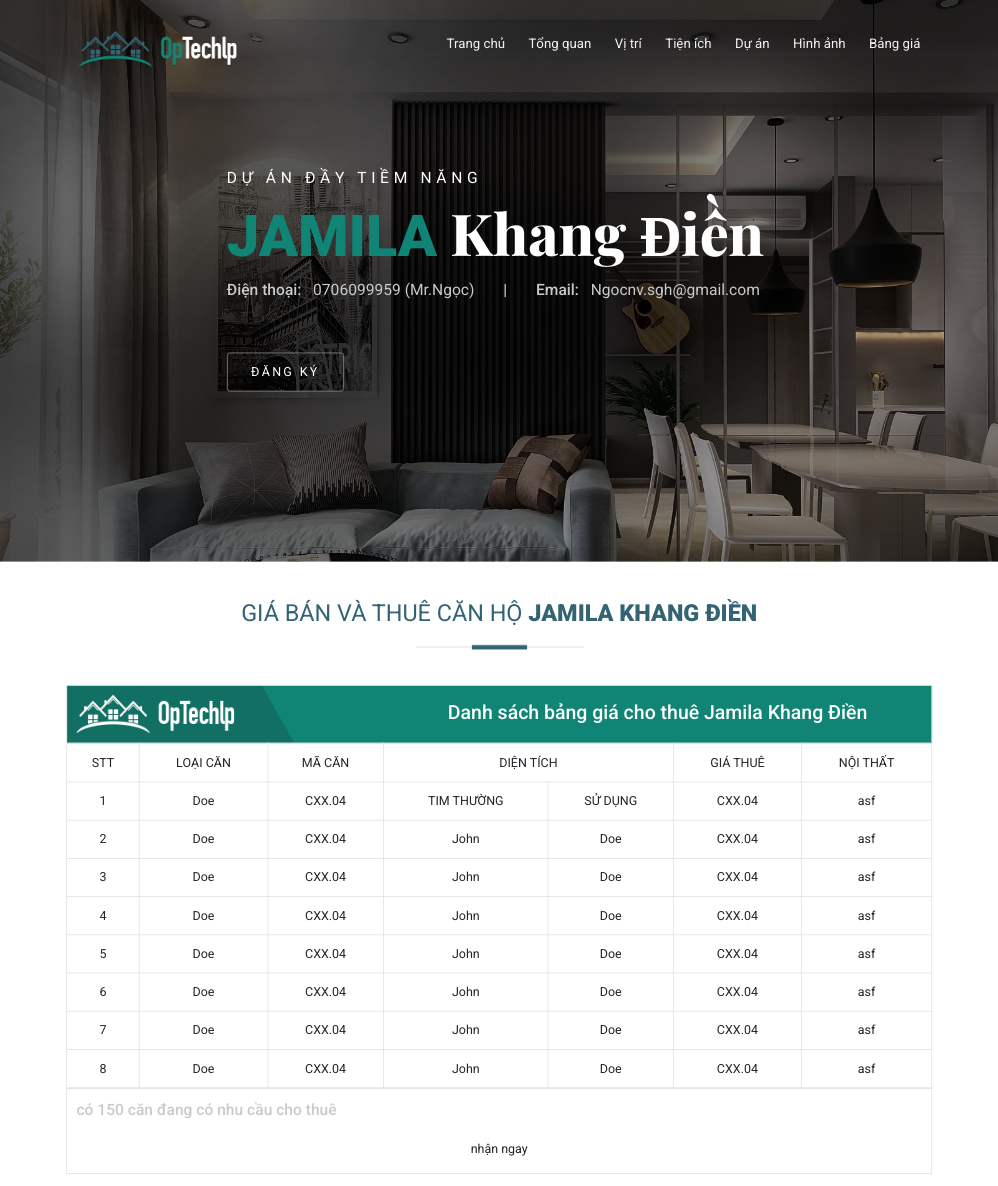
Repository: phunobi1807/Myweb
Page: index.html
These files come from the project's save history. The page is drawn as it stood at one moment and after the next save; the edit follows.
The browser window is 1280 px wide. The pictures show the whole page, at 78% of full size.
Some web fonts or font styles are not loaded; a fallback is used.

Above is the page before, as saved 2021-05-14 14:13:29.

After the next save:
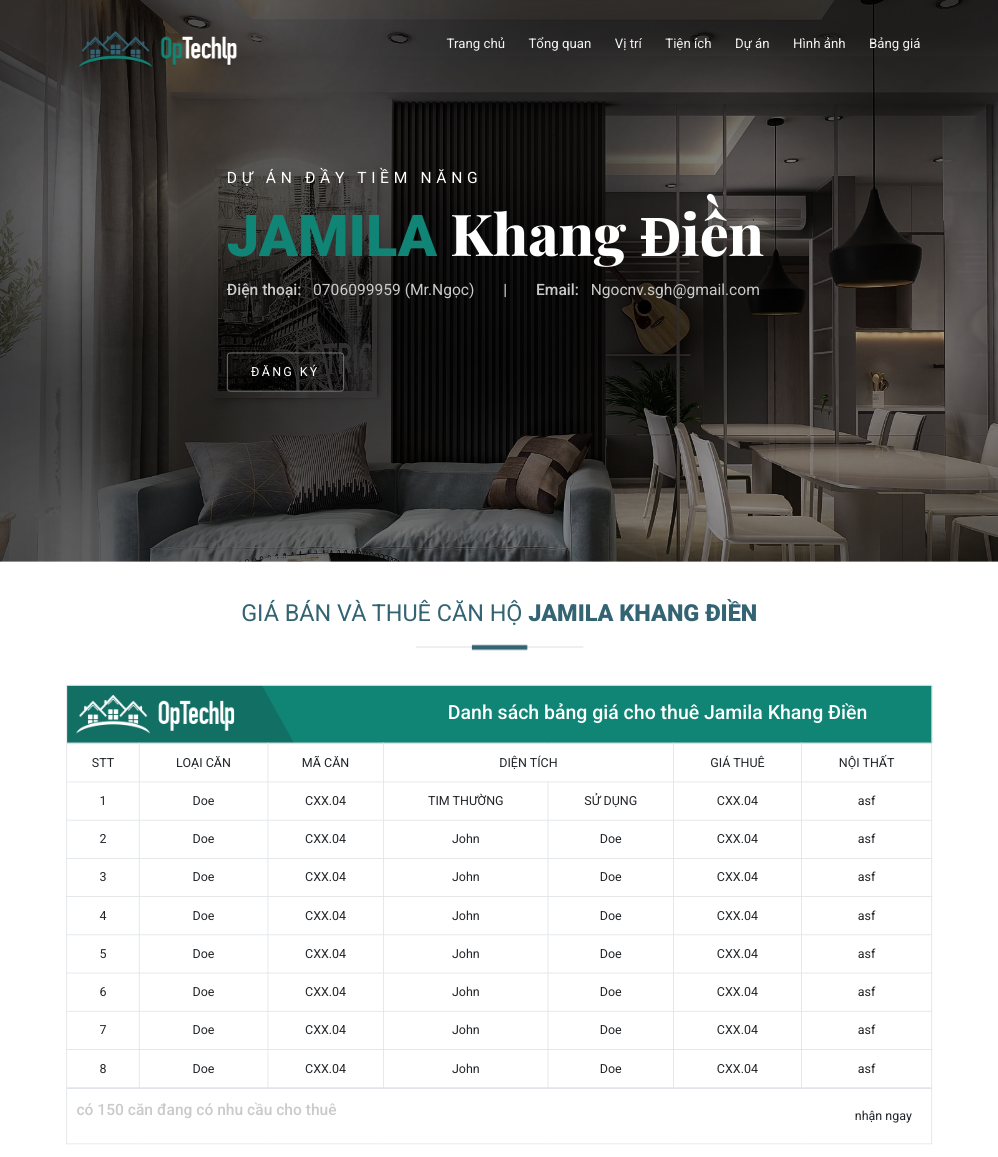
Saved 13 s later.
--- a/css/style.css
+++ b/css/style.css
@@ -209,5 +209,8 @@
         background-color: #118575;
     }
 
-    .price-apartment table tbody .bot-table {}
+    .price-apartment table tbody .bot-table {
+        display: flex;
+        justify-content: space-between;
+    }
     /* end giá bán căn hộ trong bảng  */
